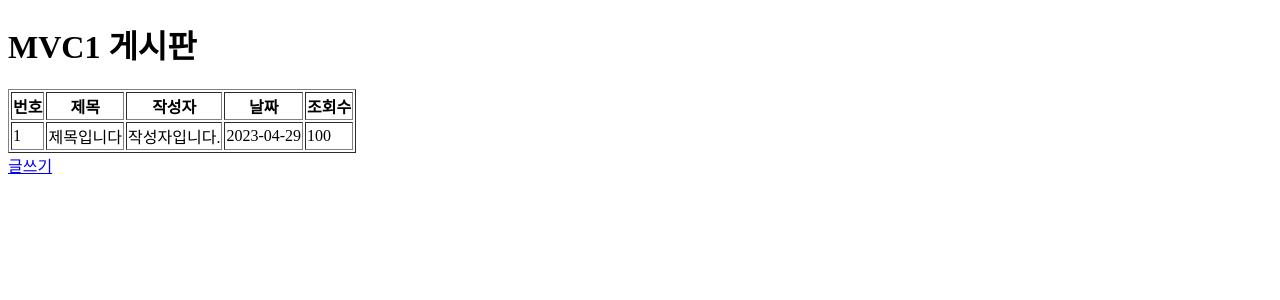
Repository: Jayking0215/myjava
Page: http://localhost/BBS/index.jsp
The author's editor kept a copy of each file at every save. The page is drawn from the files as they stood at one save, then again after the next save.
The browser window is 1280 px wide. The pictures show the whole page.
The page is served by Tomcat 9.

Above is the page before, as saved 2023-04-29 09:06:53.

After the next save:
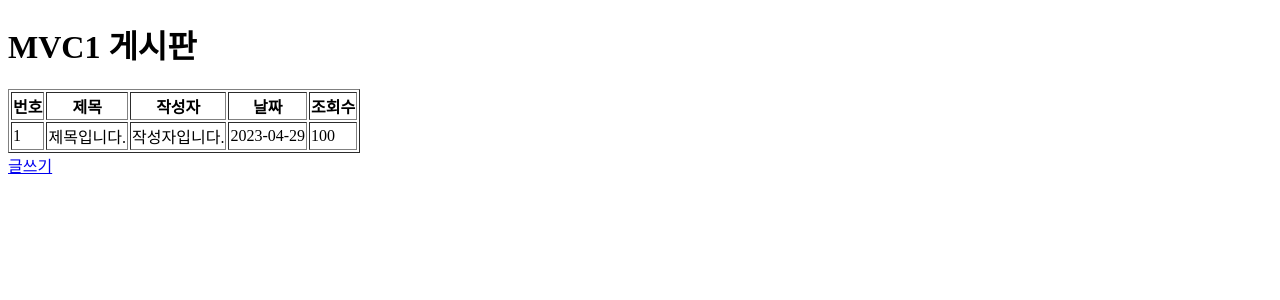
Saved 45 s later.
--- a/JSPBoard/BBS/src/main/webapp/index.jsp
+++ b/JSPBoard/BBS/src/main/webapp/index.jsp
@@ -27,11 +27,11 @@
 		</thead>
 		<tbody>
 			<tr>
-				<td>1</td>
-				<td>제목입니다</td>
-				<td>작성자입니다.</td>
-				<td>2023-04-29</td>
-				<td>100</td>
+				<td><%=idx%></td>
+				<td><%=title%></td>
+				<td><%=writer%></td>
+				<td><%=writeDate%></td>
+				<td><%=count%></td>
 			</tr>
 		</tbody>
 	</table>
